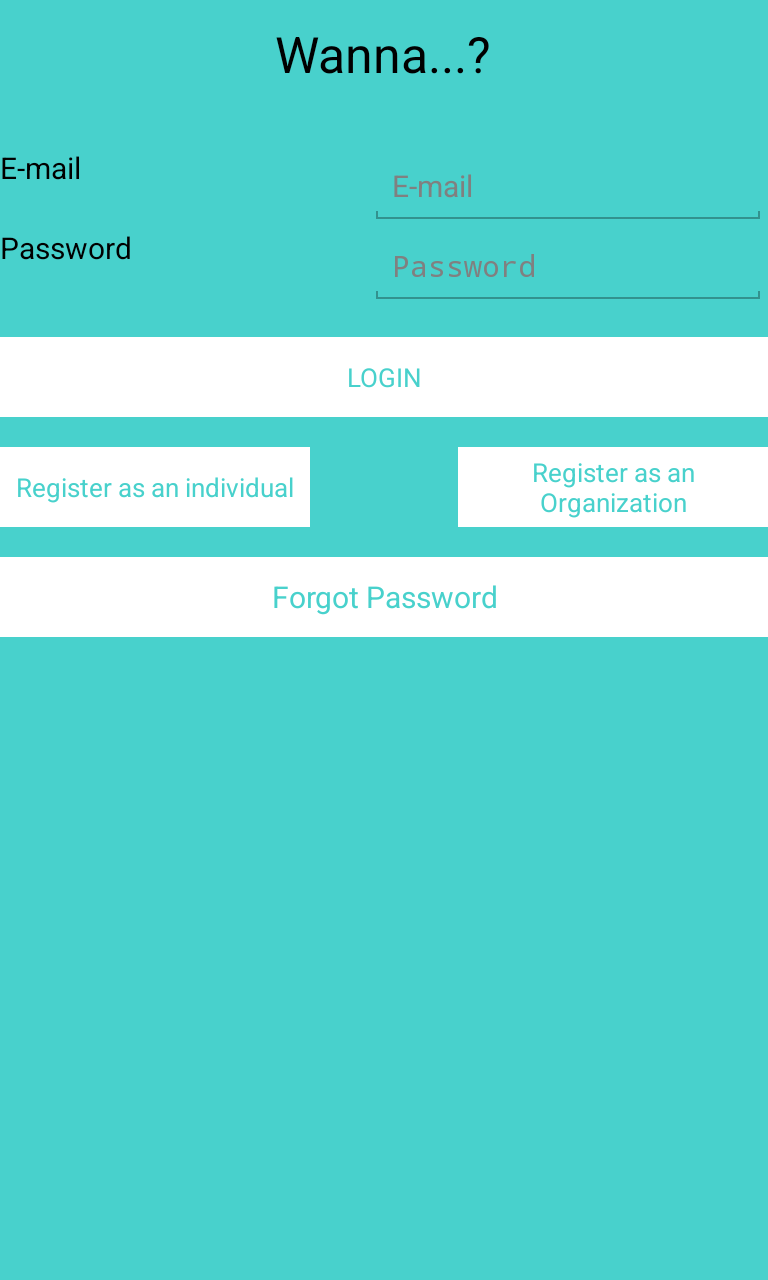
Repository: COMP231-S63G1/COMP231-S63G1
Layout: Wanna/res/layout/activity_login.xml
An editor plug-in stored every save of this project. The layout is shown before and after the next save, followed by the edit.
It is drawn on a 768 x 1280 px phone screen (xhdpi) without system bars, with theme AppTheme; the app's code is not run.

Above is the layout before, as saved 2014-11-29 20:20:38.

### Wanna/res/layout/activity_login.xml
<?xml version="1.0" encoding="utf-8"?>
<RelativeLayout xmlns:android="http://schemas.android.com/apk/res/android"
              android:orientation="vertical"
              android:layout_width="fill_parent"
              android:layout_height="fill_parent"
              android:background="#48D1CC">
    <TextView
            android:layout_width="wrap_content"
            android:layout_height="wrap_content"
            android:text="@string/welcome"
            android:id="@+id/textView" android:layout_gravity="center"
            android:layout_alignParentTop="true"
            android:layout_centerHorizontal="true"
            android:textColor="#000000"
            android:textSize="25sp"
            android:layout_marginBottom="30dp"
            android:layout_marginTop="10dp"
            />
    <EditText
            android:layout_width="200dp"
            android:layout_height="40dp"
            android:hint="@string/email"
            android:id="@+id/email"
            android:layout_below="@+id/textView"
            android:layout_alignParentRight="true"
            android:textSize="15sp"
            android:textColor="#000000"/>
    <Button
            android:layout_width="170dp"
            android:layout_height="40dp"
            android:text="@string/login"
            android:id="@+id/login"
            android:textSize="13sp"
            android:layout_marginTop="15dp"
            android:textColor="#48D1CC"
            android:layout_below="@+id/pworda"
            android:layout_alignParentRight="true"
            android:layout_alignParentLeft="true"
            android:background="#FFFFFF"
            android:onClick="onLoginClick"
            />
    <Button
            android:layout_width="155dp"
            android:layout_height="40dp"
            android:text="Register as an individual"
            android:id="@+id/personRegisterbtn"
            android:textSize="13sp"
            android:textColor="#48D1CC"
            android:layout_alignLeft="@+id/login"
            android:layout_below="@+id/login"
            android:background="#FFFFFF"
            android:layout_marginTop="15dp"
            android:onClick="onPersonRegisterClick"
            />
        <Button
            android:layout_width="155dp"
            android:layout_height="40dp"
            android:text="Register as an Organization"
            android:id="@+id/OrganizationRegisterbtn"
            android:textSize="13sp"
            android:textColor="#48D1CC"
            android:layout_alignRight="@+id/login"
            android:layout_below="@+id/login"
            android:background="#FFFFFF"
            android:layout_marginTop="15dp"
            android:onClick="onOrganizationRegisterClick"
            />
    <TextView
            android:layout_width="fill_parent"
            android:layout_height="56dp"
            android:id="@+id/loginErrorMsg"
            android:textColor="#000000"
            android:layout_below="@+id/passres"
            android:layout_alignParentLeft="true"/>
    <TextView
            android:layout_width="200dp"
            android:layout_height="40dp"
            android:text="@string/email"
            android:id="@+id/textView2"
            android:layout_alignTop="@+id/email"
            android:layout_toLeftOf="@+id/textView"
            android:textSize="15sp"
            android:textColor="#000000"/>
    <EditText
            android:layout_width="200dp"
            android:layout_height="40dp"
            android:inputType="textPassword"
            android:ems="10"
            android:id="@+id/pword"
            android:hint="@string/password"
            android:layout_below="@+id/email"
            android:layout_alignLeft="@+id/email"
            android:textSize="15sp"
            android:textColor="#000000"/>
    <TextView
            android:layout_width="200dp"
            android:layout_height="40dp"
            android:text="@string/password"
            android:id="@+id/pworda"
            android:layout_alignBottom="@+id/pword"
            android:layout_alignRight="@+id/textView2"
            android:textSize="15sp"
            android:textColor="#000000"/>
    <Button
            android:layout_width="wrap_content"
            android:layout_height="40dp"
            android:text="@string/forgetPassword"
            android:id="@+id/passres"
            android:layout_below="@+id/personRegisterbtn"
            android:layout_alignParentRight="true"
            android:layout_alignParentLeft="true"
            android:textSize="15sp"
            android:textColor="#48D1CC"
            android:background="#FFFFFF"
            android:layout_marginTop="15dp"
            android:onClick="onForgetPasswordClick"
            />
</RelativeLayout>

### Wanna/res/values/strings.xml
<?xml version="1.0" encoding="utf-8"?>
<resources>

    <string name="app_name">Wanna...?</string>
    <string name="hello_world">Hello world!</string>
    <string name="action_settings">Settings</string>
    <string name="welcome">Wanna...?</string>
    <string name="email">E-mail</string>
    <string name="enterButton"> ENTER </string>
    <string name="title_activity_register_login">RegisterLogin</string>
    <string name="title_activity_home_page">Home</string>
    <string name="login">LOGIN</string>
    <string name="personRegister">PERSON REGISTER</string>
    <string name="organizationRegister">ORGANIZATION REGISTER</string>
    <string name="username">Username</string>
    <string name="name">Name:</string>
    <string name="password">Password</string>
    <string name="forgetPassword">Forgot Password</string>
    <string name="retypePassword">Retype Password</string>
    <string name="changePass">Change your Password</string>
    <string name="newPass">New Password</string>
    <string name="registerTo">Register to Wanna...?</string>
    <string name="loginButton">LOGIN</string>
    <string name="title_activity_create_event">Create Event</string>
    <string name="eventName">Event Name: </string>
    <string name="eventDescription">Description: </string>
    <string name="eventDate">Date: </string>
    <string name="eventTime">Time: </string>
    <string name="eventVenue">Venue: </string>
    <string name="eventLocation">Address: </string>
    <string name="eventPrice">Price range: </string>
    <string name="eventPurchase">Buy tickets now!</string>
    <string name="gender">Gender:</string>
    <string name="genderMale">Male</string>
    <string name="genderFemale">Female</string>
    <string name="age">Age:</string>
    <string name="description">Description:</string>
    <string name="done">Done</string>
    <string name="cancel">Cancel</string>
    <string name="activity_profile_form">Profile Form</string>
    <string name="uploadImage">Upload Image</string>
    <string name="hintEventTime">Ex. 12am</string>
    <string name="hintEventDate">Ex. 1/1/2014</string>
    <string name="hintPrice">Ex. $35-$45</string>
    <string name="buttonCreateEvent">Create!</string>
    <string name="btnSearch">Search</string>
    <string name="searchEventName">Search Event Name</string>
    <string name="update">Update</string>
    <string name="delete">Delete</string>
    <string name="eventType">Event Type: </string>
    <string name="buttonBack">Back</string>
    <string name="buttonEditProfile">Edit Profile</string>
    <string name="title_activity_editEvent">Edit Event</string>
    <string name="editEvent">Edit Event</string>
    <string name="joinEvent">Join Event</string>
    <string name="profileStatusString">Status</string>
    <string name="changeImage">Change Image</string>
    <string name="buttonSaveEvent">Save</string>
    <string name="privacyPublic">Public</string>
    <string name="privacyPrivate">Private</string>
    <string name="selectGroupType">Select Group Type</string>
    <string name="selectGroupPrivacy">Select Group Privacy</string>
    <string name="selectEventType">Select Event Type</string>
    <string name="btnSave">Save</string>
    <string name="search_event_category">Search Event Category</string>

    <string-array name="createEventArray">
        <item>Sports</item>
        <item>Entertainment</item>
    </string-array>

    <string name="title_activity_search_event">Wanna?</string>
    <string name="title_activity_edit_profile_form">EditProfileForm</string>
    <string name="title_activity_view_event_detail">ViewEventDetail</string>
    <string name="title_activity_edit_profile">EditProfile</string>
    <string name="title_activity_profile__form">Profile_Form</string>
    <string name="title_activity_view_profile_information">ViewProfileInformation</string>
    <string name="title_activity_register">Register</string>
    <string name="title_activity_view_and_join_event">ViewAndJoinEventActivity</string>
    <string name="title_activity_try">TryActivity</string>
    <string name="title_activity_">Activity</string>
    <string name="title_activity_search_event_result">SearchEventResult</string>
    <string name="title_activity_create_group">Create a New Group</string>
    <string name="buttonCreateGroup">Create Group</string>
    <string name="groupName">Group Name:</string>
    <string name="groupDescription">Description</string>
    <string name="buttonCancel">Cancel</string>

    <string-array name="createGroupArray">
        <item>Sports</item>
        <item>Music</item>
        <item>Video Games</item>
        <item>Comics</item>
    </string-array>

    <string name="title_activity_search_groups">Search for Groups</string>
    <string name="search_group_name">Search Group Name</string>
    <string name="search_group_category">Search Group Category</string>
    <string name="search_group_instructions">Search by name OR category</string>

    <string-array name="searchGroupCategory">
        <item>Sports</item>
        <item>Music</item>
        <item>Video Games</item>
        <item>Comics</item>
    </string-array>

    <string name="title_activity_group_search_result">Search Results</string>
    <string name="searchResultsTv">Search results for</string>
    <string name="title_activity_edit_group">Edit Group Information</string>
    <string name="title_activity_search_group_result">SearchGroupResult</string>
    <string name="title_activity_view_public_group">Wanna...?</string>
    <string name="title_activity_view_private_group">Wanna...?</string>
    <string name="title_activity_search_user_result">SearchUserResult</string>
    <string name="title_activity_search_user_name">Wanna...?</string>
    <string name="title_activity_search_username">Wanna...?</string>
    <string name="title_activity_search_user_status">Wanna...?</string>
    <string name="title_activity_get_created_event">GetCreatedEvent</string>
    <string name="title_activity_get_joined_event">GetJoinedEvent</string>
    <string name="profileGetCreatEventTextView">Created Event: </string>
    <string name="profileGetJoinEventTextView">Joined Event: </string>
    <string name="profileGetCreatGroupTextView">Created Group: </string>
    <string name="profileGetJoinGroupTextView">Joined Group: </string>
    <string name="title_activity_register_organization">RegisterOrganization</string>
    <string name="title_activity_get_created_group">GetCreatedGroup</string>
    <string name="title_activity_get_joined_group">GetJoinedGroup</string>
    <string name="title_activity_create_organization_profile">CreateOrganizationProfile</string>
    <string name="title_activity_organization_login_success">OrganizationLoginSuccess</string>
    <string name="title_activity_view_organization_profile">ViewOrganizationProfile</string>
    <string name="title_activity_edit_organization_profile">EditOrganizationProfile</string>

    <string-array name="locationRangeOptions">
        <item>2km </item>
        <item>5km </item>
        <item>10km </item>
        <item>15km </item>
    </string-array>

    <string name="title_activity_view_created_group">ViewCreatedGroup</string>

</resources>

Loaded but not shown: Wanna/res/values/styles.xml (common file); Wanna/res/values-v11/styles.xml (common file); Wanna/res/values-v14/styles.xml (common file)

After the next save:
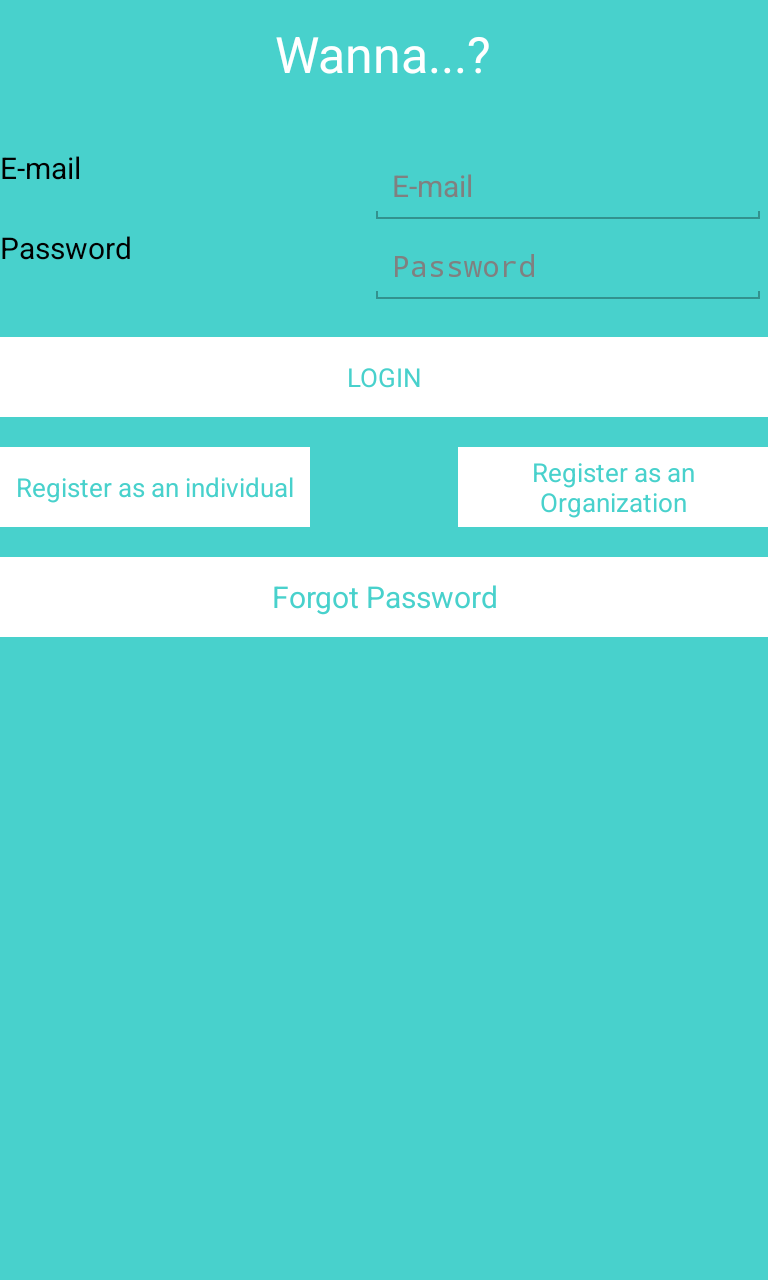
Saved 10 s later.
--- a/Wanna/res/layout/activity_login.xml
+++ b/Wanna/res/layout/activity_login.xml
@@ -11,7 +11,7 @@
             android:id="@+id/textView" android:layout_gravity="center"
             android:layout_alignParentTop="true"
             android:layout_centerHorizontal="true"
-            android:textColor="#000000"
+            android:textColor="#ffffff"
             android:textSize="25sp"
             android:layout_marginBottom="30dp"
             android:layout_marginTop="10dp"
